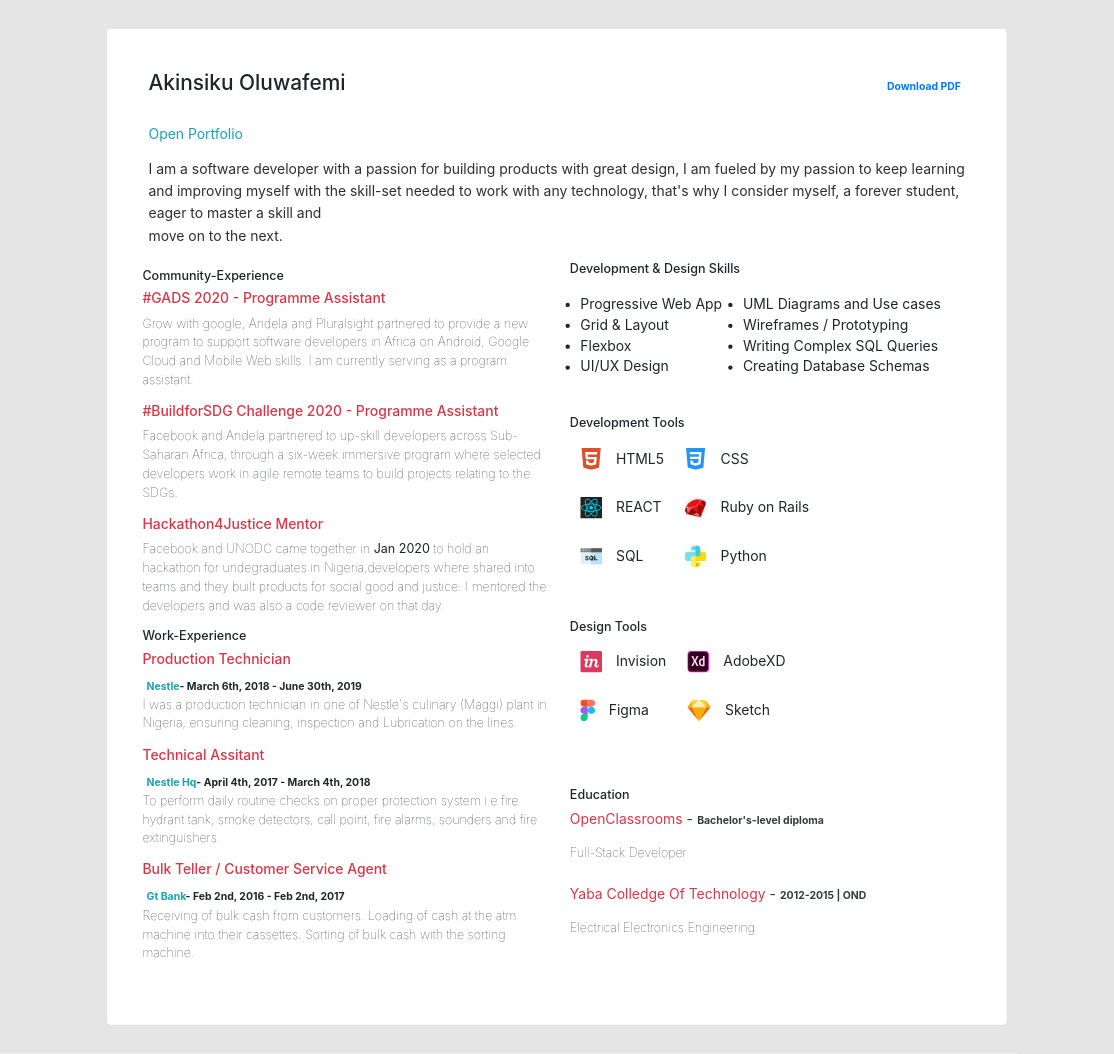
Repository: akinsikuoluwafemi/resume
Page: index.html
The author's editor kept a copy of each file at every save. The page is drawn from the files as they stood at one save, then again after a run of saves.
The browser window is 1280 px wide. The pictures show the whole page, at 87% of full size.
The style sheet was rebuilt from its Sass, Less or Tailwind sources for each picture, by a compiler version that may differ from the author's.

Above is the page before, as saved 2020-08-03 19:07:54.

After the next 2 saves:
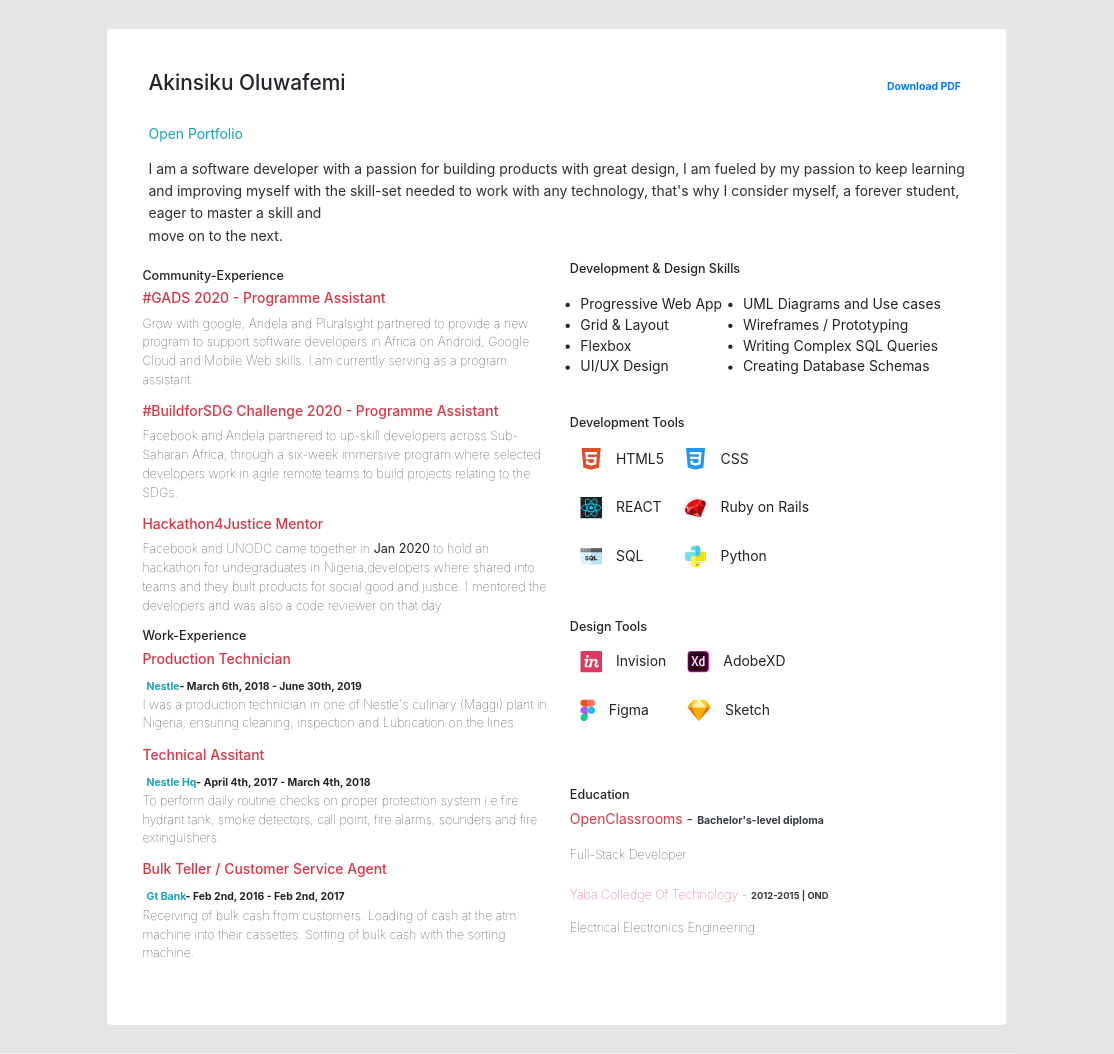
The 2 saves are shown as one change because they came seconds apart.
The last was saved 10 min 44 s later.
--- a/index.html
+++ b/index.html
@@ -221,7 +221,7 @@
                         <p><a href="https://www.francecompetences.fr/recherche/rncp/27099/" class="text-danger text-info">OpenClassrooms
                             <span class="text-dark">-</span><span class="badge text-dark">Bachelor's-level diploma</span></a></p>
 
-                        <p class="item__description "><a style="color: #212529" href="https://openclassrooms.com/en/paths/104-full-stack-developer">Full-Stack Developer</a></p>
+                        <span class="item__description "><a style="color: #212529" href="https://openclassrooms.com/en/paths/104-full-stack-developer">Full-Stack Developer</a></p>
 
                         <p class="text-danger pt-2">Yaba Colledge Of Technology <span class="text-dark">-</span><span class="badge text-dark">2012-2015
                                 | OND</span></p>
